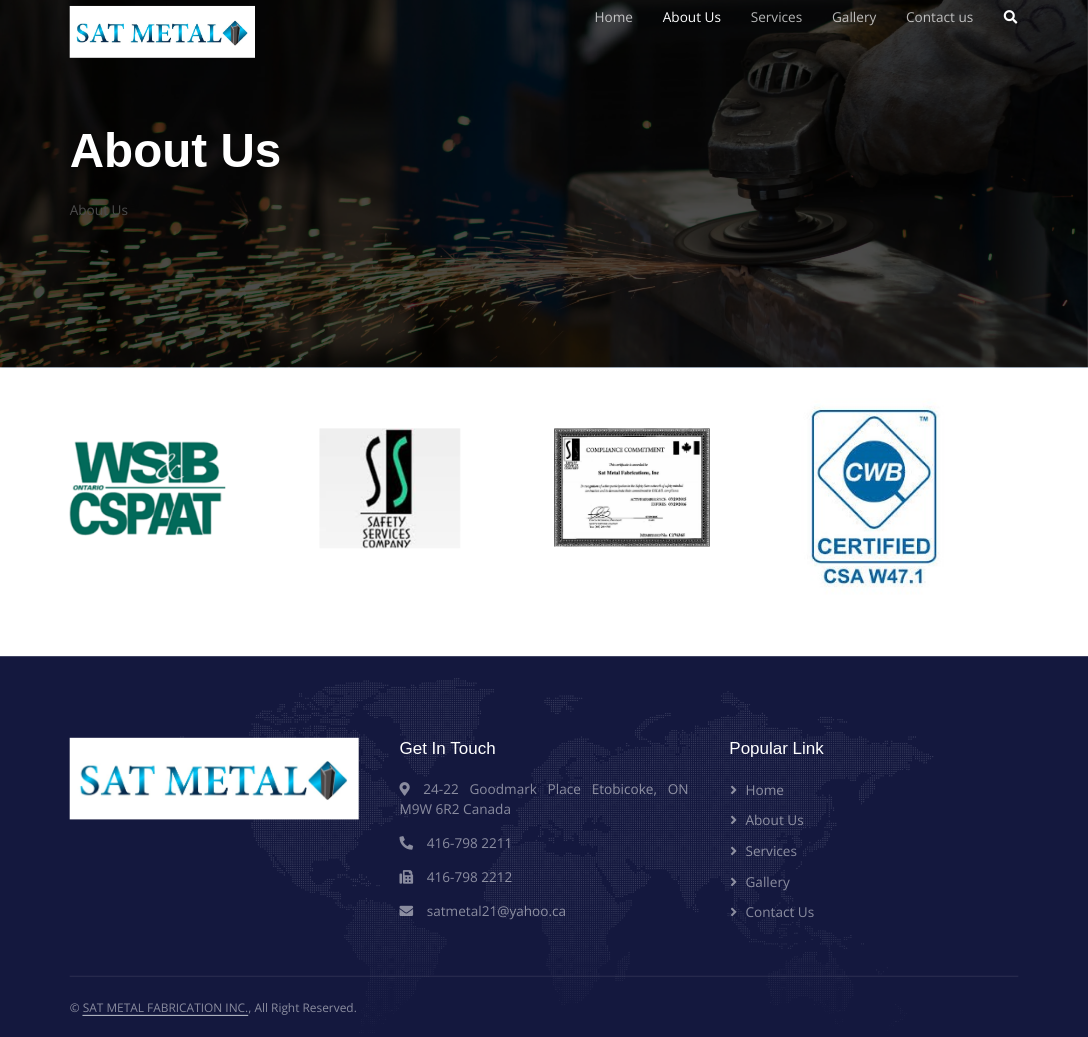
Repository: dzyte-services/satmetal
Page: http://localhost/about.php
An editor plug-in stored every save of this project. The page is shown before and after the next save, followed by the edit.
The browser window is 1280 px wide. The pictures show the whole page, at 85% of full size.
Some web fonts or font styles are not loaded; a fallback is used. Some web libraries are served in a nearby version. The page is run by PHP 8.4 with error messages shown; the project is at /var/www/html/.

Above is the page before, as saved 2023-11-09 15:18:02.

### about.php
<!DOCTYPE html>
<html lang="en">

<head>
    <meta charset="utf-8">
    <title>SAT - About</title>
    <meta content="width=device-width, initial-scale=1.0" name="viewport">
    <meta content="" name="keywords">
    <meta content="" name="description">

    <!-- Favicon -->
    <link href="img/favicon.ico" rel="icon">

    <!-- Google Web Fonts -->
    <link rel="preconnect" href="https://fonts.googleapis.com">
    <link rel="preconnect" href="https://fonts.gstatic.com" crossorigin>
    <link href="https://fonts.googleapis.com/css2?family=Open+Sans:wght@400;600&family=Ubuntu:wght@500;700&display=swap"
        rel="stylesheet">

    <!-- Icon Font Stylesheet -->
    <link href="https://cdnjs.cloudflare.com/ajax/libs/font-awesome/5.10.0/css/all.min.css" rel="stylesheet">
    <link href="https://cdn.jsdelivr.net/npm/bootstrap-icons@1.4.1/font/bootstrap-icons.css" rel="stylesheet">

    <!-- Libraries Stylesheet -->
    <link href="lib/animate/animate.min.css" rel="stylesheet">
    <link href="lib/owlcarousel/assets/owl.carousel.min.css" rel="stylesheet">

    <!-- Customized Bootstrap Stylesheet -->
    <link href="css/bootstrap.min.css" rel="stylesheet">

    <!-- Template Stylesheet -->
    <link href="css/style.css" rel="stylesheet">
</head>

<body>
    <!-- Spinner Start -->
    <!-- <div id="spinner"
        class="show bg-white position-fixed translate-middle w-100 vh-100 top-50 start-50 d-flex align-items-center justify-content-center">
        <div class="spinner-grow text-primary" style="width: 3rem; height: 3rem;" role="status">
            <span class="sr-only">Loading...</span>
        </div>
    </div> -->
    <!-- Spinner End -->


    <!-- Navbar Start -->
    <?php
        include "header.php";
    ?>
    <!-- Navbar End -->





    <!-- Full Screen Search Start -->
    <div class="modal fade" id="searchModal" tabindex="-1">
        <div class="modal-dialog modal-fullscreen">
            <div class="modal-content" style="background: rgba(20, 24, 62, 0.7);">
                <div class="modal-header border-0">
                    <button type="button" class="btn btn-square bg-white btn-close" data-bs-dismiss="modal"
                        aria-label="Close"></button>
                </div>
                <div class="modal-body d-flex align-items-center justify-content-center">
                    <div class="input-group" style="max-width: 600px;">
                        <input type="text" class="form-control bg-transparent border-light p-3"
                            placeholder="Type search keyword">
                        <button class="btn btn-light px-4"><i class="bi bi-search"></i></button>
                    </div>
                </div>
            </div>
        </div>
    </div>
    <!-- Full Screen Search End -->


    <!-- About Start -->
    <!-- Modal gallery -->
    <!-- Section: Images -->
    <div class="container-fluid py-5">
        <div class="container">
        <div class="row mt-4">
    <div class="col-lg-3 col-md-4 col-sm-6 mb-4">
        <div class="bg-image hover-overlay ripple shadow-1-strong rounded" data-ripple-color="light">
            <img src="img/img2.png" class="" style="width: 70%;" />
            <a href="#!" data-mdb-toggle="modal" data-mdb-target="#exampleModal2">
                <div class="mask" style="background-color: rgba(251, 251, 251, 0.2);"></div>
            </a>
        </div>
    </div>

    <div class="col-lg-3 col-md-4 col-sm-6 mb-4">
        <div class="bg-image hover-overlay ripple shadow-1-strong rounded" data-ripple-color="light">
            <img src="img/img3.png" class="" style="width: 70%;" />
            <a href="#!" data-mdb-toggle="modal" data-mdb-target="#exampleModal2">
                <div class="mask" style="background-color: rgba(251, 251, 251, 0.2);"></div>
            </a>
        </div>
    </div>

    <div class="col-lg-3 col-md-4 col-sm-6 mb-4">
        <div class="bg-image hover-overlay ripple shadow-1-strong rounded" data-ripple-color="light">
            <img src="img/img1.png" class="" style="width: 70%;" />
            <a href="#!" data-mdb-toggle="modal" data-mdb-target="#exampleModal2">
                <div class="mask" style="background-color: rgba(251, 251, 251, 0.2);"></div>
            </a>
        </div>
    </div>

    <div class="col-lg-3 col-md-4 col-sm-6 mb-4">
        <div class="bg-image hover-overlay ripple shadow-1-strong rounded" data-ripple-color="light">
            <img src="img/img4.jpeg" class="" style="width: 70%; margin-top: -35px;" />
            <a href="#!" data-mdb-toggle="modal" data-mdb-target="#exampleModal2">
                <div class="mask" style="background-color: rgba(251, 251, 251, 0.2);"></div>
            </a>
        </div>
    </div>
</div>


        </div>
    </div>


    <!-- Footer Start -->
    <?php
        include "footer.php";
    ?>
    <!-- Footer End -->


    <!-- Back to Top -->
    <a href="#" class="btn btn-lg btn-primary btn-lg-square back-to-top pt-2"><i class="bi bi-arrow-up"></i></a>


    <!-- JavaScript Libraries -->
    <script src="https://ajax.googleapis.com/ajax/libs/jquery/3.6.1/jquery.min.js"></script>
    <script src="https://cdn.jsdelivr.net/npm/bootstrap@5.0.0/dist/js/bootstrap.bundle.min.js"></script>
    <script src="lib/wow/wow.min.js"></script>
    <script src="lib/easing/easing.min.js"></script>
    <script src="lib/waypoints/waypoints.min.js"></script>
    <script src="lib/counterup/counterup.min.js"></script>
    <script src="lib/owlcarousel/owl.carousel.min.js"></script>

    <!-- Template Javascript -->
    <script src="js/main.js"></script>
</body>

</html>

### header.php
    <?php
        $currentPage1 = basename($_SERVER['PHP_SELF']);
    ?>
    <!-- Spinner Start -->
    <div id="spinner"
        class="show bg-white position-fixed translate-middle w-100 vh-100 top-50 start-50 d-flex align-items-center justify-content-center">
        <div class="spinner-grow text-primary" style="width: 3rem; height: 3rem;" role="status">
            <span class="sr-only">Loading...</span>
        </div>
    </div>
    <!-- Spinner End -->


    <!-- Navbar Start -->
    <div class="container-fluid sticky-top">
        <div class="container">
            <nav class="navbar navbar-expand-lg navbar-dark p-0">
                <div class="row">
                    <div class="col-lg-6">
                        <a href="index.php" class="navbar-brand">
                            <img class="img-fluid" width="40%" height="40%" src="img/logo2.jpeg" alt="">
                        </a>
                        <button type="button" class="navbar-toggler ms-auto me-0" data-bs-toggle="collapse"
                            data-bs-target="#navbarCollapse">
                            <span class="navbar-toggler-icon"></span>
                        </button>
                    </div>
                    <div class="col-lg-6 ">
                    <div class="collapse navbar-collapse" id="navbarCollapse">
                    <div class="navbar-nav ms-auto">
                        <a href="index.php" class="nav-item nav-link  <?php echo ($currentPage1 === 'index.php') ? 'active' : ''; ?>">Home</a>
                        <a href="about.php" class="nav-item nav-link <?php echo ($currentPage1 === 'about.php') ? 'active' : ''; ?>">About Us</a>
                        <a href="service.php" class="nav-item nav-link <?php echo ($currentPage1 === 'service.php') ? 'active' : ''; ?>">Services</a>
                        <a href="project.php" class="nav-item nav-link <?php echo ($currentPage1 === 'project.php') ? 'active' : ''; ?>">Gallery</a>

                        <a href="contact.php" class="nav-item nav-link <?php echo ($currentPage1 === 'contact.php') ? 'active' : ''; ?>">Contact us</a>
                    </div>
                    <butaton type="button" class="btn text-white p-0 d-none d-lg-block" data-bs-toggle="modal"
                        data-bs-target="#searchModal"><i class="fa fa-search"></i></butaton>
                </div>
                    </div>
                </div>


            </nav>
        </div>
    </div>
    <!-- Navbar End -->

    <div>
          <?php
                $currentPage = $_SERVER['SCRIPT_NAME'];
                $current_page = basename($currentPage);

                if ($current_page === "index.php") {
                    include("header/home.php");
                } elseif ($current_page === "about.php") {
                    include("header/about.php");
                } elseif ($current_page === "service.php") {
                    include("header/service.php");
                } elseif ($current_page === "project.php") {
                    include("header/gallery.php");
                } elseif ($current_page === "contact.php") {
                    include("header/contact.php");
                }



            ?>
    </div>

### header/about.php
<!-- Hero Start -->
<div class="container-fluid pt-5 bg-primary hero-header">
        <div class="container pt-5">
            <div class="row g-5 pt-5">
                <div class="col-lg-6 align-self-center text-center text-lg-start mb-lg-5">
                    <h1 class="display-4 text-white mb-4 animated slideInRight">About Us</h1>
                    <nav aria-label="breadcrumb">
                        <ol class="breadcrumb justify-content-center justify-content-lg-start mb-0">
                            <!-- <li class="breadcrumb-item"><a class="text-white" href="#">Home</a></li> -->
                            <!-- <li class="breadcrumb-item"><a class="text-white" href="#">Pages</a></li> -->
                            <li class="breadcrumb-item text-white active" aria-current="page">About Us</li>
                        </ol>
                    </nav>
                </div>
            </div>
        </div>
    </div>
    <!-- Hero End -->

### css/style.css
/********** Template CSS **********/
:root {
    --primary: #1363C6;
    --secondary: #15ACE1;
    --light: #F4F7FE;
    --dark: #14183E;
}


/*** Spinner ***/
#spinner {
    opacity: 0;
    visibility: hidden;
    transition: opacity .5s ease-out, visibility 0s linear .5s;
    z-index: 99999;
}

#spinner.show {
    transition: opacity .5s ease-out, visibility 0s linear 0s;
    visibility: visible;
    opacity: 1;
}

.back-to-top {
    position: fixed;
    display: none;
    right: 45px;
    bottom: 45px;
    z-index: 99;
}


/*** Heading ***/
h1,
h2,
h3,
.fw-bold {
    font-weight: 700 !important;
}

h4,
h5,
h6,
.fw-medium {
    font-weight: 500 !important;
}


/*** Button ***/
.btn {
    font-weight: 500;
    transition: .5s;
}

.btn-square {
    width: 38px;
    height: 38px;
}

.btn-sm-square {
    width: 32px;
    height: 32px;
}

.btn-lg-square {
    width: 48px;
    height: 48px;
}

.btn-square,
.btn-sm-square,
.btn-lg-square {
    padding: 0;
    display: flex;
    align-items: center;
    justify-content: center;
    font-weight: normal;
    border-radius: 50px;
}


/*** Navbar ***/
.sticky-top {
    top: -150px;
    transition: .5s;
}

.navbar {
    padding: 11px 0 !important;
    height: 75px;
}

.navbar .navbar-nav .nav-link {
    margin-right: 35px;
    padding: 0;
    color: rgba(255, 255, 255, .7);
    outline: none;
}

.navbar .navbar-nav .nav-link:hover,
.navbar .navbar-nav .nav-link.active {
    color: rgba(255, 255, 255, 1);
}

.navbar .dropdown-toggle::after {
    border: none;
    content: "\f107";
    font-family: "Font Awesome 5 Free";
    font-weight: 900;
    vertical-align: middle;
    margin-left: 8px;
}

@media (max-width: 991.98px) {
    .navbar .navbar-nav {
        padding: 0 15px;
        background: var(--primary);
    }

    .navbar .navbar-nav .nav-link  {
        margin-right: 0;
        padding: 10px 0;
    }
}

@media (min-width: 992px) {
    .navbar .nav-item .dropdown-menu {
        display: block;
        border: none;
        margin-top: 0;
        top: 150%;
        opacity: 0;
        visibility: hidden;
        transition: .5s;
    }

    .navbar .nav-item:hover .dropdown-menu {
        top: 100%;
        visibility: visible;
        transition: .5s;
        opacity: 1;
    }
}


/*** Hero Header ***/
.hero-header {
    margin-top: -75px;
    background: url(../img/background.webp) center center no-repeat ;
    background-size: cover;
    width: 100%;
    background-size: cover;
    position: relative;
    min-height: 60vh;
    padding: 160px 0 60px 0;

}
.hero-header::before {
    content: "";
    position: absolute;
    top: 0;
    left: 0;
    width: 100%;
    height: 100%;
    background: rgba(0, 0, 0, 0.7); /* Adjust the opacity as needed (0.5 for 50% opacity) */
}

.hero-header .breadcrumb-item+.breadcrumb-item::before {
    color: var(--light);
}


/*** Section Title ***/
.section-title::before {
    position: absolute;
    content: "";
    width: 45px;
    height: 4px;
    bottom: 0;
    left: 0;
    background: var(--dark);
}

.section-title::after {
    position: absolute;
    content: "";
    width: 4px;
    height: 4px;
    bottom: 0;
    left: 50px;
    background: var(--dark);
}

.section-title.text-center::before {
    left: 50%;
    margin-left: -25px;
}

.section-title.text-center::after {
    left: 50%;
    margin-left: 25px;
}

.section-title h6::before,
.section-title h6::after {
    position: absolute;
    content: "";
    width: 10px;
    height: 10px;
    top: 2px;
    left: 0;
    background: rgba(33, 66, 177, .5);
}

.section-title h6::after {
    top: 5px;
    left: 3px;
}


/*** About ***/
.about-img {
    position: relative;
    overflow: hidden;
}

.about-img::after {
    position: absolute;
    content: "";
    width: 100%;
    height: 100%;
    top: 0;
    left: 0;
    background: url(../img/bg-about-img.png) top left no-repeat;
    background-size: contain;
}


/*** Service ***/
.service-item {
    position: relative;
    padding: 45px 30px;
    background: #FFFFFF;
    transition: .5s;
}

.service-item:hover {
    background: var(--primary);
}

.service-item .service-icon {
    margin: 0 auto 20px auto;
    width: 90px;
    height: 90px;
    color: var(--primary);
    background: var(--light);
    transition: .5s;
}

.service-item:hover .service-icon {
    background: #FFFFFF;
}

.service-item h5,
.service-item p {
    transition: .5s;
}

.service-item:hover h5,
.service-item:hover p {
    color: #FFFFFF;
}

.service-item a.btn {
    position: relative;
    display: flex;
    color: var(--primary);
    transition: .5s;
    z-index: 1;
}

.service-item:hover a.btn {
    color: var(--primary);
}

.service-item a.btn::before {
    position: absolute;
    content: "";
    width: 35px;
    height: 35px;
    top: 0;
    left: 0;
    border-radius: 35px;
    background: var(--light);
    transition: .5s;
    z-index: -1;
}

.service-item:hover a.btn::before {
    width: 100%;
    background: var(--light);
}


/*** Feature ***/
.feature {
    background: url(../img/bg-hero.png) center center no-repeat;
    background-size: cover;
}


/*** Newsletter ***/
.newsletter {
    background: url(../img/bg-hero.png) center center no-repeat;
    background-size: cover;
}

@media (min-width: 992px) {
    .newsletter .container {
        max-width: 100% !important;
    }

    .newsletter .newsletter-text  {
        padding-right: calc(((100% - 960px) / 2) + .75rem);
    }
}

@media (min-width: 1200px) {
    .newsletter .newsletter-text  {
        padding-right: calc(((100% - 1140px) / 2) + .75rem);
    }
}

@media (min-width: 1400px) {
    .newsletter .newsletter-text  {
        padding-right: calc(((100% - 1320px) / 2) + .75rem);
    }
}


/*** Case Study ***/
.case-item img {
    transition: .5s;
}

.case-item:hover img {
    transform: scale(1.2);
}

.case-overlay {
    position: absolute;
    padding: 30px;
    width: 100%;
    height: 100%;
    top: 0;
    left: 0;
    display: flex;
    flex-direction: column;
    align-items: flex-start;
    justify-content: flex-end;
    background: linear-gradient(rgba(20, 24, 62, 0), var(--dark));
    z-index: 1;
}

.case-overlay small {
    display: inline-block;
    padding: 3px 15px;
    color: #FFFFFF;
    background: rgba(20, 24, 62, .7);
    border-radius: 25px;
    margin-bottom: 15px;
}

.case-overlay span.btn:hover {
    color: var(--primary);
    background: #FFFFFF;
    border-color: #FFFFFF;
}


/*** FAQs ***/
.accordion .accordion-item {
    border: none;
    margin-bottom: 15px;
}

.accordion .accordion-button {
    background: var(--light);
    border-radius: 2px;
}

.accordion .accordion-button:not(.collapsed) {
    color: #FFFFFF;
    background: var(--primary);
    box-shadow: none;
}

.accordion .accordion-button:not(.collapsed)::after {
    background-image: url("data:[embedded picture, 261 characters]");
}

.accordion .accordion-body {
    padding: 15px 0 0 0;
}


/*** Testimonial ***/
.testimonial-carousel {
    position: relative;
}

.testimonial-carousel .owl-nav {
    position: absolute;
    width: 40px;
    height: 100%;
    top: calc(50% - 50px);
    left: -21px;
    display: flex;
    flex-direction: column;
    align-items: center;
}

.testimonial-carousel .owl-nav .owl-prev,
.testimonial-carousel .owl-nav .owl-next {
    margin: 5px 0;
    width: 40px;
    height: 40px;
    display: flex;
    align-items: center;
    justify-content: center;
    color: var(--primary);
    background: #FFFFFF;
    border: 1px solid var(--primary);
    border-radius: 40px;
    font-size: 18px;
    transition: .5s;
}

.testimonial-carousel .owl-nav .owl-prev:hover,
.testimonial-carousel .owl-nav .owl-next:hover {
    background: var(--primary);
    color: #FFFFFF;
}

.testimonial-carousel .owl-dots {
    margin-top: 35px;
    margin-left: 3rem;
}

.testimonial-carousel .owl-dot {
    position: relative;
    display: inline-block;
    margin-right: 10px;
    width: 15px;
    height: 15px;
    background: #FFFFFF;
    border: 1px solid var(--primary);
    border-radius: 15px;
    transition: .5s;
}

.testimonial-carousel .owl-dot.active {
    width: 30px;
    background: var(--primary);
}


/*** Team ***/
.team-item {
    transition: .5s;
    border: 1px solid transparent;
    transition: .5s;
}

.team-item:hover {

    border-color: var(--primary);
}


/*** Footer ***/
.footer {
    background: url(../img/footer.png) center center no-repeat;
    background-size: contain;
}

.footer .btn.btn-social {
    margin-right: 5px;
    width: 40px;
    height: 40px;
    display: flex;
    align-items: center;
    justify-content: center;
    color: rgba(255,255,255,.5);
    border: 1px solid rgba(256, 256, 256, .1);
    border-radius: 40px;
    transition: .3s;
}

.footer .btn.btn-social:hover {
    color: var(--primary);
}

.footer .btn.btn-link {
    display: block;
    margin-bottom: 10px;
    padding: 0;
    text-align: left;
    color: rgba(255,255,255,.5);
    font-weight: normal;
    transition: .3s;
}

.footer .btn.btn-link:hover {
    color: #FFFFFF;
}

.footer .btn.btn-link::before {
    position: relative;
    content: "\f105";
    font-family: "Font Awesome 5 Free";
    font-weight: 900;
    margin-right: 10px;
}

.footer .btn.btn-link:hover {
    letter-spacing: 1px;
    box-shadow: none;
}

.footer .copyright {
    padding: 25px 0;
    font-size: 14px;
    border-top: 1px solid rgba(256, 256, 256, .1);
}

.footer .copyright a {
    color: rgba(255,255,255,.5);
}

.footer .copyright a:hover {
    color: #FFFFFF;
}

.footer .footer-menu a {
    margin-right: 15px;
    padding-right: 15px;
    border-right: 1px solid rgba(255, 255, 255, .1);
}

.footer .footer-menu a:last-child {
    margin-right: 0;
    padding-right: 0;
    border-right: none;
}

Loaded but not shown: lib/animate/animate.min.css (library); lib/owlcarousel/assets/owl.carousel.min.css (common file); css/bootstrap.min.css (library); lib/wow/wow.min.js (library); lib/easing/easing.min.js (common file); lib/waypoints/waypoints.min.js (library); lib/counterup/counterup.min.js (common file); lib/owlcarousel/owl.carousel.min.js (library); js/main.js (64 lines, source omitted); footer.php (70 lines, source omitted)

After the next save:
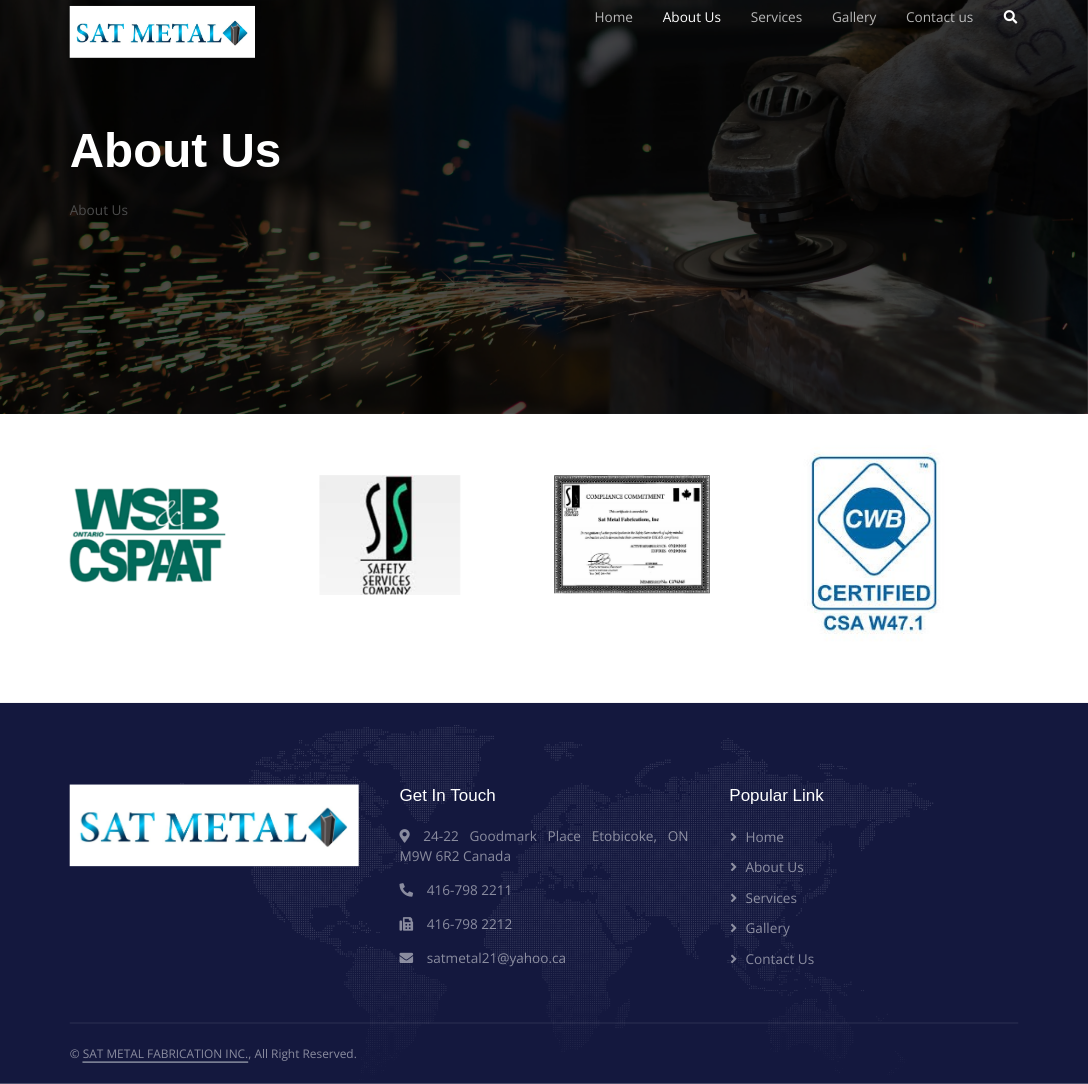
Saved 5 min 44 s later.
--- a/css/style.css
+++ b/css/style.css
@@ -152,7 +152,7 @@
     background-size: cover;
     position: relative;
     min-height: 60vh;
-    padding: 160px 0 60px 0;
+    padding: 160px 0 25vh;
 
 }
 .hero-header::before {
